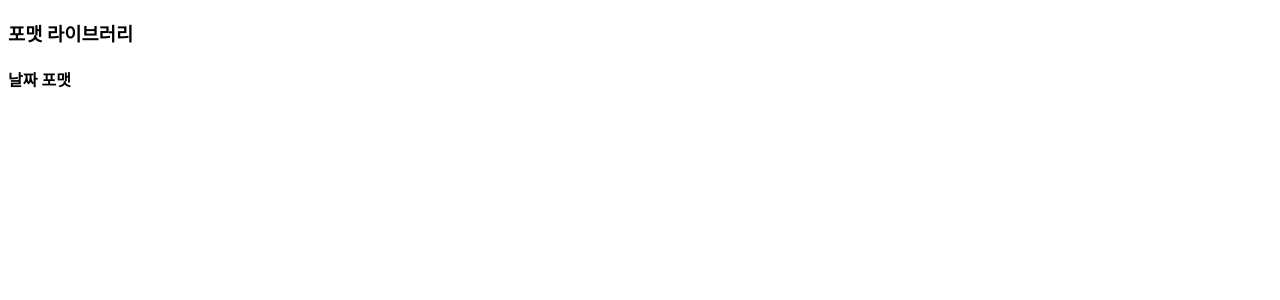
Repository: hyewoon/web
Page: http://localhost/servlet04/jstl/format.jsp
The author's editor kept a copy of each file at every save. The page is drawn from the files as they stood at one save, then again after a run of saves.
The browser window is 1280 px wide. The pictures show the whole page.
The page is served by Tomcat 9. Other server files are loaded and not shown.

Above is the page before, as saved 2022-11-18 08:45:19.

### servlet04/src/main/webapp/jstl/format.jsp
<%@ page language="java" contentType="text/html; charset=UTF-8"
    pageEncoding="UTF-8"%>
<%@ taglib uri="http://java.sun.com/jsp/jstl/fmt" prefix="fmt" %>
<%@ taglib uri ="http://java.sun.com/jsp/jstl/core" prefix="c" %>
<!DOCTYPE html>
<html>
<head>
<meta charset="UTF-8">
<title>Insert title here</title>
</head>
<body>
<h3>포맷 라이브러리</h3>
<h4>날짜 포맷</h4>
<c:set var ='today' value ='<%= new java.util.Date() %>'/>
</body>
</html>

After the next 2 saves:
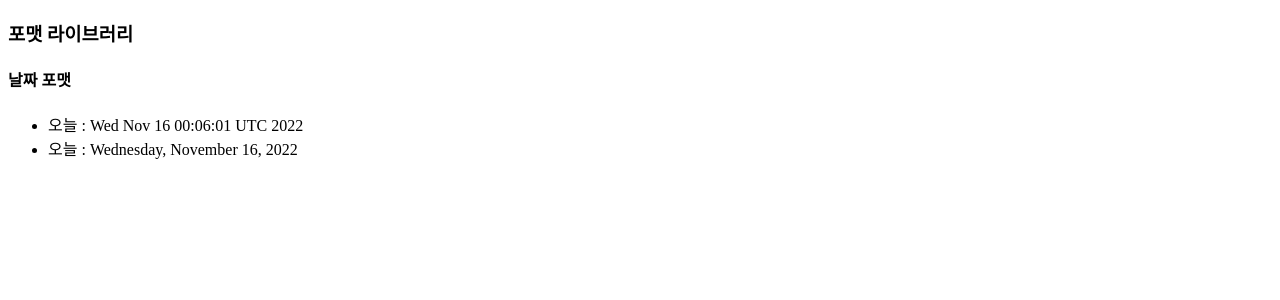
The 2 saves are shown as one change because they came seconds apart.
The last was saved 93 s later.
--- a/servlet04/src/main/webapp/jstl/format.jsp
+++ b/servlet04/src/main/webapp/jstl/format.jsp
@@ -12,5 +12,9 @@
 <h3>포맷 라이브러리</h3>
 <h4>날짜 포맷</h4>
 <c:set var ='today' value ='<%= new java.util.Date() %>'/>
+<ul>
+	<li>오늘 : ${today}</li>
+	<li>오늘 : <fmt:formatDate value ="${today}" dateStyle='full'/></li>
+</ul>
 </body>
 </html>
